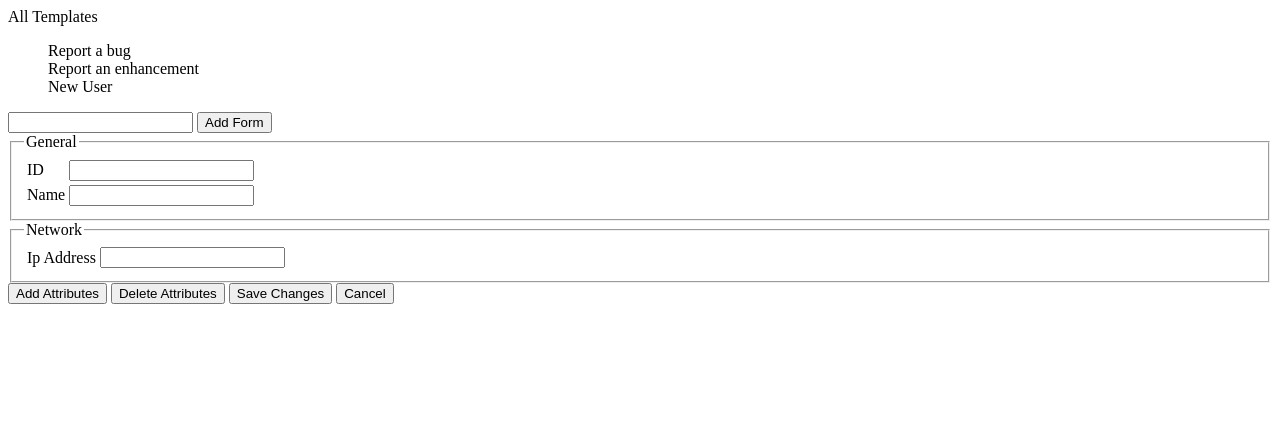
Repository: joliest/MyGits
Page: http://localhost/MiniTracker/Template.jsp
The author's editor kept a copy of each file at every save. The page is drawn from the files as they stood at one save, then again after the next save.
The browser window is 1280 px wide. The pictures show the whole page.
Some web libraries are served in a nearby version. The page is served by Tomcat 9.

Above is the page before, as saved 2017-12-08 13:13:26.

After the next save:
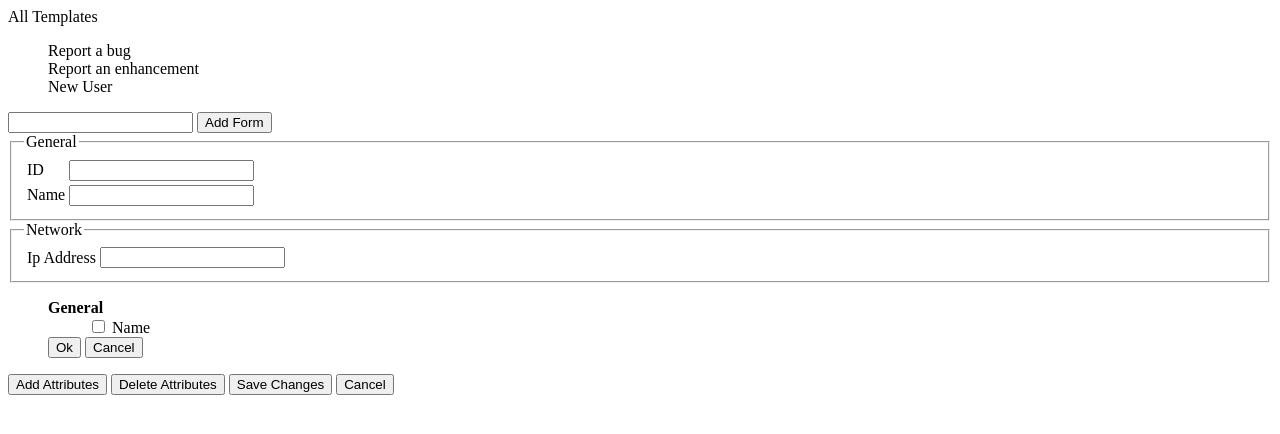
Console error (its wording comes from the project's code and is left out).
Saved 28 s later.
--- a/Java/Project_JIRA/MiniTracker/WebContent/js/Template.js
+++ b/Java/Project_JIRA/MiniTracker/WebContent/js/Template.js
@@ -33,7 +33,7 @@
 
 		//generates attributeList by attributeGroupId
 		$.post(templateController, { category : "getAttributeList", attributeGroupName : name, attributeGroupId : id }, function(data, status) {
-			$(this[id]).html(data);
+			$(#attributeGroupList).html(data);
 		})
 
 	})

After the 2 saves that followed:
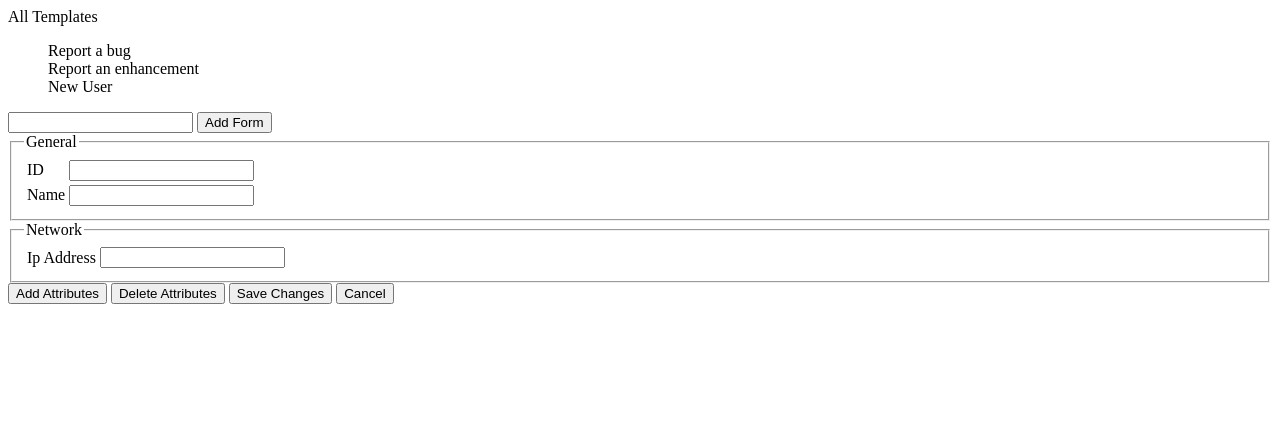
The error is gone.
The 2 saves are shown as one change because they came seconds apart.
The last was saved 6 s later.
--- a/Java/Project_JIRA/MiniTracker/WebContent/js/Template.js
+++ b/Java/Project_JIRA/MiniTracker/WebContent/js/Template.js
@@ -33,7 +33,7 @@
 
 		//generates attributeList by attributeGroupId
 		$.post(templateController, { category : "getAttributeList", attributeGroupName : name, attributeGroupId : id }, function(data, status) {
-			$(#attributeGroupList).html(data);
+			$("#attributeGroupList").html(data);
 		})
 
 	})
